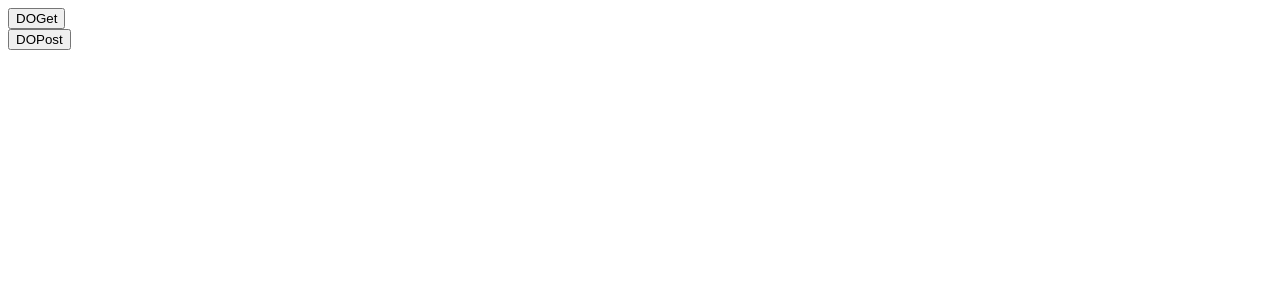
Repository: sandeep27y/EmployeeApplicationServelet
Page: Maven-Servlets-June 8th/EmployeeApplication/src/main/webapp/First.html
These files come from the project's save history. The page is drawn as it stood at one moment and after the next save; the edit follows.
The browser window is 1280 px wide. The pictures show the whole page.

Above is the page before, as saved 2017-06-08 17:50:53.

### Maven-Servlets-June 8th/EmployeeApplication/src/main/webapp/First.html
<!DOCTYPE html>
<html>
<head>
<meta charset="ISO-8859-1">
<title>Insert title here</title>
</head>
<body>
<form action="/EmployeeApplication/employeeget.do" method="get">
<input type="Submit" value="DOGet">
</form>
<form action="/EmployeeApplication/employeepost.do" method="post">
<input type="Submit" value="DOPost">
</form>
</body>
</html>

After the next save:
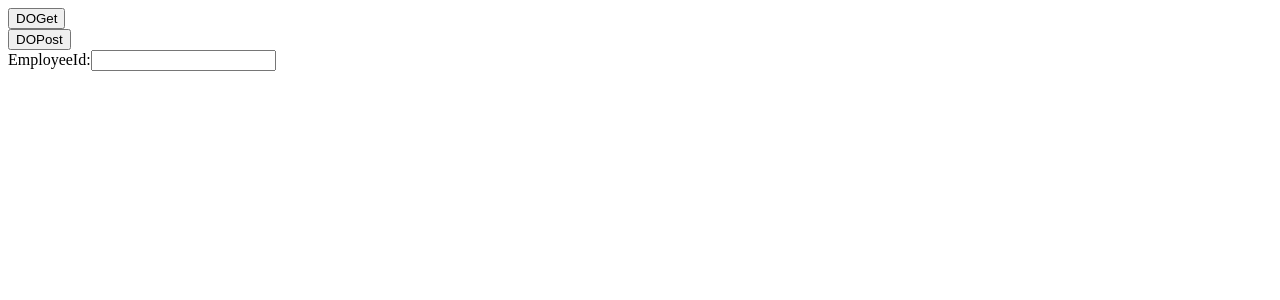
Saved 114 s later.
--- a/Maven-Servlets-June 8th/EmployeeApplication/src/main/webapp/First.html
+++ b/Maven-Servlets-June 8th/EmployeeApplication/src/main/webapp/First.html
@@ -11,5 +11,8 @@
 <form action="/EmployeeApplication/employeepost.do" method="post">
 <input type="Submit" value="DOPost">
 </form>
+<form action="/EmployeeApplication/employeeInformation.do" method="post">
+EmployeeId:<input type="text" name="employeeID">
+</form>
 </body>
 </html>
